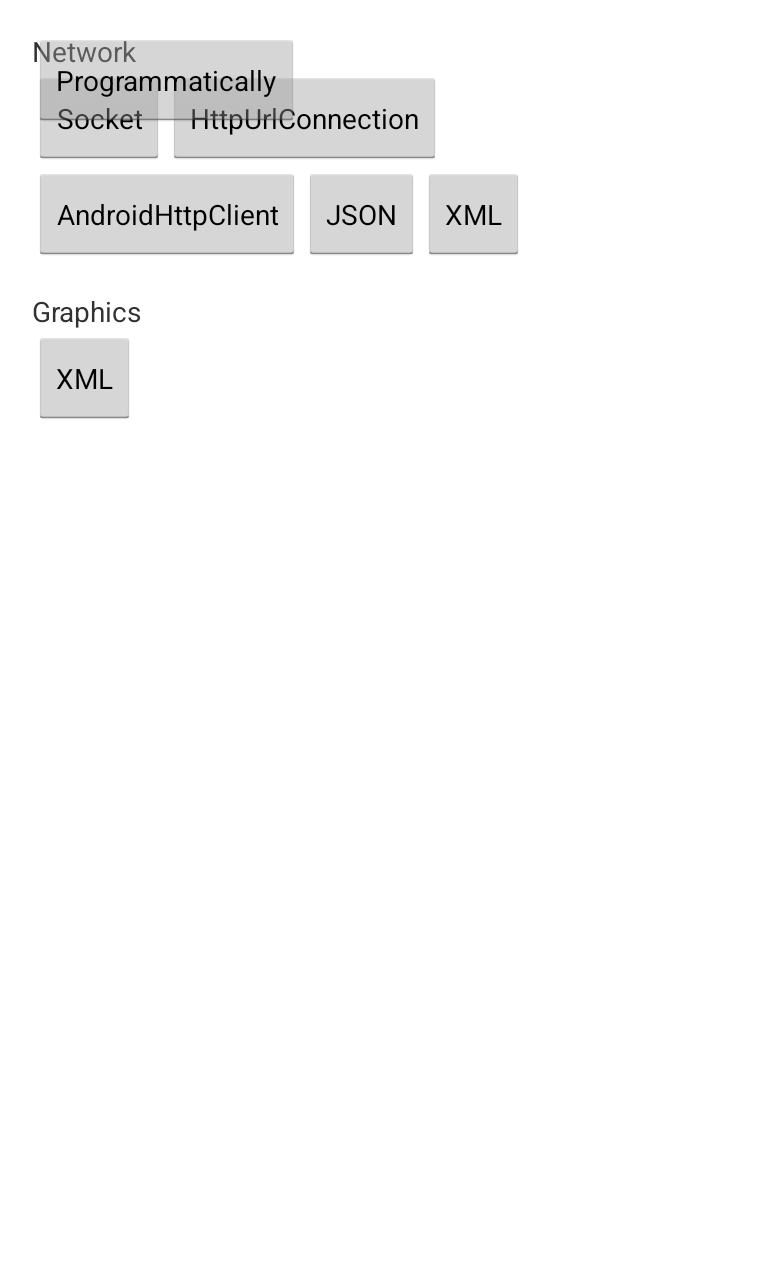
Repository: Amir13/Android_Basic_Steps
Layout: ViewElements4/res/layout/activity_main.xml
These files come from the project's save history. The layout is drawn as it stood at one moment and after the next save; the edit follows.
It is drawn on a 768 x 1280 px phone screen (xhdpi) without system bars, with theme AppTheme; the app's code is not run.

Above is the layout before, as saved 2014-06-08 14:42:54.

### ViewElements4/res/layout/activity_main.xml
<RelativeLayout xmlns:android="http://schemas.android.com/apk/res/android"
    xmlns:tools="http://schemas.android.com/tools"
    android:layout_width="match_parent"
    android:layout_height="match_parent"
    android:paddingBottom="@dimen/activity_vertical_margin"
    android:paddingLeft="@dimen/activity_horizontal_margin"
    android:paddingRight="@dimen/activity_horizontal_margin"
    android:paddingTop="@dimen/activity_vertical_margin"
    tools:context=".MainActivity" >

    <TextView
        android:id="@+id/textView1"
        android:layout_width="wrap_content"
        android:layout_height="wrap_content"
        android:text="@string/network" />

    <Button
        android:id="@+id/btnSocket"
        style="?android:attr/buttonStyleSmall"
        android:layout_width="wrap_content"
        android:layout_height="wrap_content"
        android:layout_alignParentLeft="true"
        android:layout_below="@+id/textView1"
        android:text="Socket" />

    <Button
        android:id="@+id/btnHttp"
        style="?android:attr/buttonStyleSmall"
        android:layout_width="wrap_content"
        android:layout_height="wrap_content"
        android:layout_alignBaseline="@+id/btnSocket"
        android:layout_alignBottom="@+id/btnSocket"
        android:layout_toRightOf="@+id/btnSocket"
        android:text="HttpUrlConnection" />

    <Button
        android:id="@+id/btnAndroid"
        style="?android:attr/buttonStyleSmall"
        android:layout_width="wrap_content"
        android:layout_height="wrap_content"
        android:layout_alignLeft="@+id/btnSocket"
        android:layout_below="@+id/btnSocket"
        android:text="AndroidHttpClient" />

    <Button
        android:id="@+id/btnJson"
        style="?android:attr/buttonStyleSmall"
        android:layout_width="wrap_content"
        android:layout_height="wrap_content"
        android:layout_alignTop="@+id/btnAndroid"
        android:layout_toRightOf="@+id/btnAndroid"
        android:text="JSON" />

    <Button
        android:id="@+id/btnXml"
        style="?android:attr/buttonStyleSmall"
        android:layout_width="wrap_content"
        android:layout_height="wrap_content"
        android:layout_alignBaseline="@+id/btnJson"
        android:layout_alignBottom="@+id/btnJson"
        android:layout_toRightOf="@+id/btnJson"
        android:text="XML" />

    <TextView
        android:id="@+id/textView2"
        android:layout_width="wrap_content"
        android:layout_height="wrap_content"
        android:layout_alignLeft="@+id/btnAndroid"
        android:layout_below="@+id/btnAndroid"
        android:layout_marginTop="15dp"
        android:text="Graphics" />

    <Button
        android:id="@+id/btnGraphXml"
        style="?android:attr/buttonStyleSmall"
        android:layout_width="wrap_content"
        android:layout_height="wrap_content"
        android:layout_alignLeft="@+id/textView2"
        android:layout_below="@+id/textView2"
        android:text="XML" />

    <Button
        android:id="@+id/btnGraphProg"
        style="?android:attr/buttonStyleSmall"
        android:layout_width="wrap_content"
        android:layout_height="wrap_content"
        android:layout_alignBaseline="@+id/button1"
        android:layout_alignBottom="@+id/button1"
        android:layout_toRightOf="@+id/button1"
        android:text="Programmatically" />

</RelativeLayout>

### ViewElements4/res/values/strings.xml
<?xml version="1.0" encoding="utf-8"?>
<resources>

    <string name="app_name">ViewElements4</string>
    <string name="action_settings">Settings</string>
    <string name="network">Network</string>
    <string name="title_activity_http_result">HttpResult</string>
    <string name="title_activity_http_url_connection">NetworkHttpUrlConnection</string>
    <string name="title_activity_android_http">NetworkAndroidHttpClient</string>
    <string name="title_activity_android_json">NetworkAndroidJson</string>
    <string name="title_activity_android_xml">NetworkAndroidXml</string>
    <string name="title_activity_android_graphics">Graphics</string>
    <string name="http_result">This is the result from http request.</string>
    <string name="textViewRequest">Doing the request.....</string>

</resources>

Loaded but not shown: ViewElements4/res/values/styles.xml (common file); ViewElements4/res/values-v11/styles.xml (common file); ViewElements4/res/values-v14/styles.xml (common file); ViewElements4/res/values/dimens.xml (common file)

After the next save:
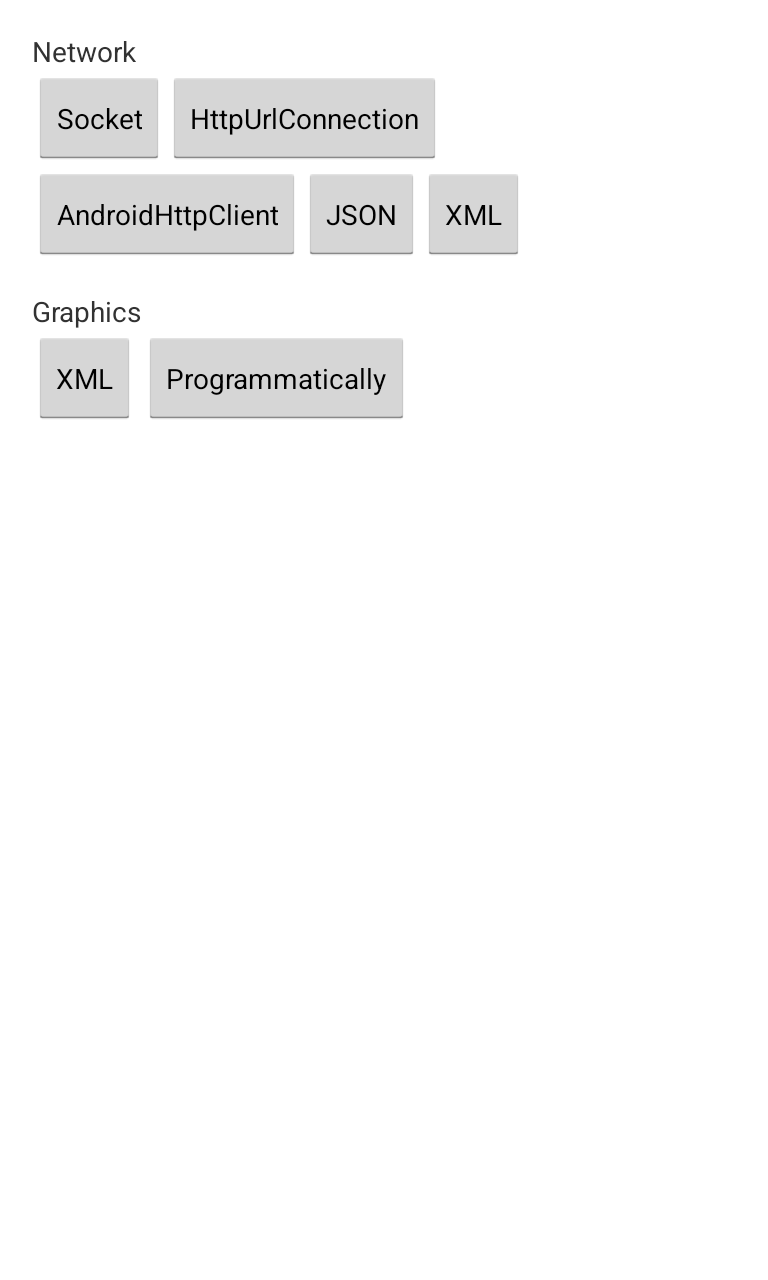
Saved 48 s later.
--- a/ViewElements4/res/layout/activity_main.xml
+++ b/ViewElements4/res/layout/activity_main.xml
@@ -84,9 +84,9 @@
         style="?android:attr/buttonStyleSmall"
         android:layout_width="wrap_content"
         android:layout_height="wrap_content"
-        android:layout_alignBaseline="@+id/button1"
-        android:layout_alignBottom="@+id/button1"
-        android:layout_toRightOf="@+id/button1"
+        android:layout_alignBaseline="@+id/btnGraphXml"
+        android:layout_alignBottom="@+id/btnGraphXml"
+        android:layout_toRightOf="@+id/textView2"
         android:text="Programmatically" />
 
 </RelativeLayout>
